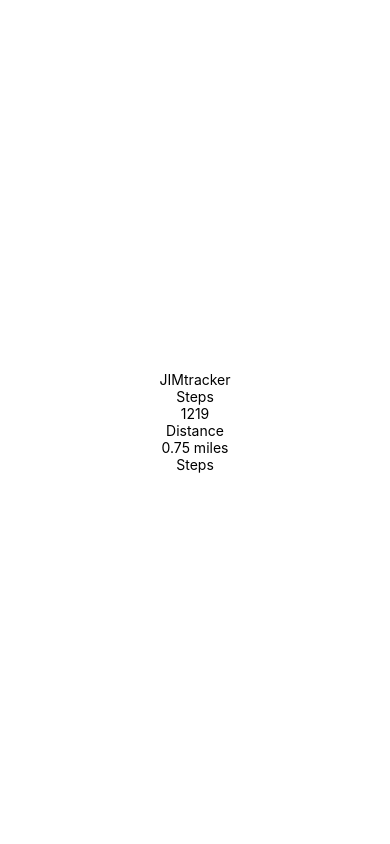
Repository: JamesPesenti/JiMTracker
Screen: /
An editor plug-in stored every save of this project. The screen is shown before and after the next save, followed by the edit.
The app was drawn by React Native's web renderer in a window 390 px wide. The project was rebuilt for these pictures with package versions that can differ from the ones it lists, and the page was loaded fresh each time.

Above is the screen before, as saved 2023-06-16 10:25:27.

### App.tsx
import { StatusBar } from 'expo-status-bar';
import { StyleSheet, Text, View } from 'react-native';

export default function App() {
  return (
    <View style={styles.container}>
      <Text>JIMtracker</Text>
      <Text>Steps</Text>
      <Text>1219</Text>

      <Text>Distance</Text>
      <Text>0.75 miles</Text>

      <Text>Steps</Text>

      <StatusBar style="auto" />
    </View>
  );
}

const styles = StyleSheet.create({
  container: {
    flex: 1,
    backgroundColor: '#fff',
    alignItems: 'center',
    justifyContent: 'center',
  },
});

After the next save:
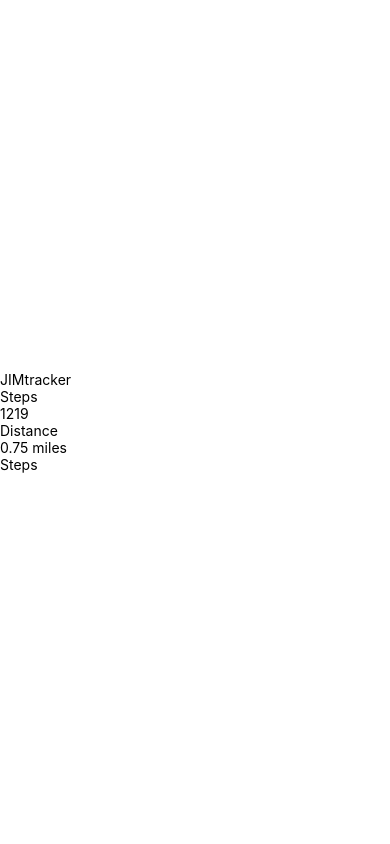
Saved 15 s later.
--- a/App.tsx
+++ b/App.tsx
@@ -22,7 +22,6 @@ const styles = StyleSheet.create({
   container: {
     flex: 1,
     backgroundColor: '#fff',
-    alignItems: 'center',
     justifyContent: 'center',
   },
 });
